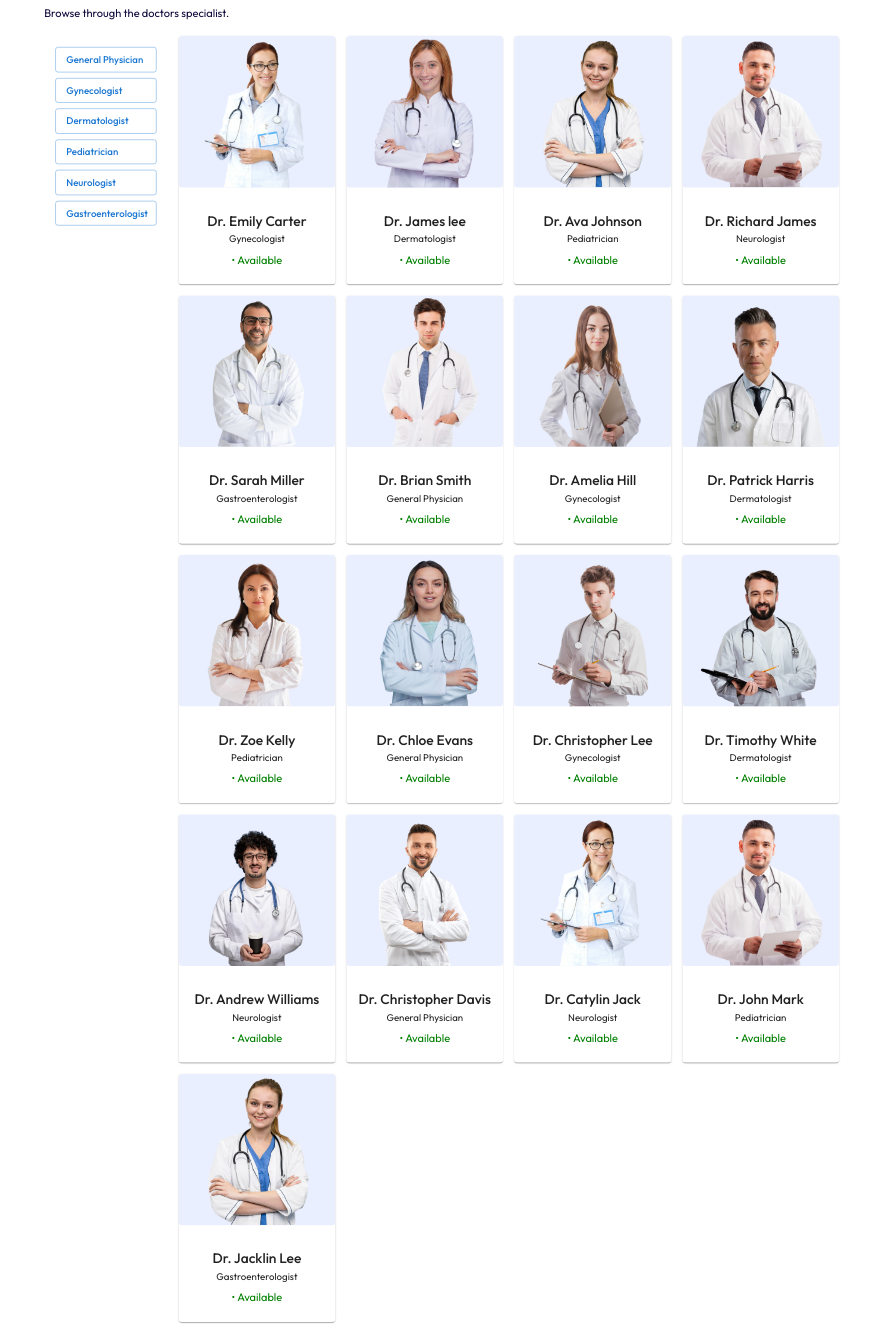
Repository: Ali-Dmerdash/DEPI_GRAD
Page: /
An editor plug-in stored every save of this project. The page is shown before and after the next save, followed by the edit.
The browser window is 1280 px wide. The pictures show the whole page, at 69% of full size.
The project was rebuilt for these pictures with package versions that can differ from the ones it lists, and the page was loaded fresh each time. Also part of the build but not shown: vite.config.ts.

Above is the page before, as saved 2024-10-05 22:30:48.

### src/App.tsx
import "./App.css";
import "react-router-dom";
import { library } from "@fortawesome/fontawesome-svg-core";
import { fab } from "@fortawesome/free-brands-svg-icons";
import { fas } from "@fortawesome/free-solid-svg-icons";
import { far } from "@fortawesome/free-regular-svg-icons";
import Doctors from "./pages/doctors/index.tsx";

function App() {
  return (
    <>
      <Doctors />
    </>
  );
}

export default App;
library.add(fab, fas, far);

### src/index.css
@import url("https://fonts.googleapis.com/css2?family=Outfit:wght@100..900&display=swap");

body {
  font-family: "Outfit", sans-serif;
  color: var(--text-color);
}

:root {
  --primary-color: #07456f;
  --secondary-color: #009f9d;
  --text-color: #0f0a3c;
  --card-button-color: #ace6f6;
  --border-color: #adadad;
}

### src/App.css
@import "./App.css";

body {
  color: var(--text-color);
}

### src/pages/doctors/index.tsx
import React, { useState } from "react";
import {
  Container,
  Grid,
  Card,
  CardContent,
  Typography,
  Box,
  CardMedia,
  Button,
} from "@mui/material";

interface Doctor {
  id: number;
  name: string;
  specialization: string;
  image: string;
  available?: boolean;
}

const doctors: Doctor[] = [
  {
    id: 1,
    name: "Dr. Emily Carter",
    specialization: "Gynecologist",
    image: "/src/pages/doctors/DEPI-React/file (2) 1.png",
    available: true,
  },
  {
    id: 2,
    name: "Dr. James lee",
    specialization: "Dermatologist",
    image: "/src/pages/doctors/DEPI-React/file (2) 2.png",
    available: true,
  },
  {
    id: 3,
    name: "Dr. Ava Johnson",
    specialization: "Pediatrician",
    image: "/src/pages/doctors/DEPI-React/file (2) 3.png",
    available: true,
  },
  {
    id: 4,
    name: "Dr. Richard James",
    specialization: "Neurologist",
    image: "/src/pages/doctors/DEPI-React/file (3) 1.png",
    available: true,
  },
  {
    id: 5,
    name: "Dr. Sarah Miller",
    specialization: "Gastroenterologist",
    image: "/src/pages/doctors/DEPI-React/file (3) 2.png",
    available: true,
  },
  {
    id: 6,
    name: "Dr. Brian Smith",
    specialization: "General Physician",
    image: "/src/pages/doctors/DEPI-React/file (3) 3.png",
    available: true,
  },
  {
    id: 7,
    name: "Dr. Amelia Hill",
    specialization: "Gynecologist",
    image: "/src/pages/doctors/DEPI-React/file (4) 1.png",
    available: true,
  },
  {
    id: 8,
    name: "Dr. Patrick Harris",
    specialization: "Dermatologist",
    image: "/src/pages/doctors/DEPI-React/file (4) 2.png",
    available: true,
  },
  {
    id: 9,
    name: "Dr. Zoe Kelly",
    specialization: "Pediatrician",
    image: "/src/pages/doctors/DEPI-React/file (4) 3.png",
    available: true,
  },
  {
    id: 10,
    name: "Dr. Chloe Evans",
    specialization: "General Physician",
    image: "/src/pages/doctors/DEPI-React/file (4) 4.png",
    available: true,
  },
  {
    id: 11,
    name: "Dr. Christopher Lee",
    specialization: "Gynecologist",
    image: "/src/pages/doctors/DEPI-React/file (5) 1.png",
    available: true,
  },
  {
    id: 12,
    name: "Dr. Timothy White",
    specialization: "Dermatologist",
    image: "/src/pages/doctors/DEPI-React/file (5) 2.png",
    available: true,
  },
  {
    id: 13,
    name: "Dr. Andrew Williams",
    specialization: "Neurologist",
    image: "/src/pages/doctors/DEPI-React/file (5) 3.png",
    available: true,
  },
  {
    id: 14,
    name: "Dr. Christopher Davis",
    specialization: "General Physician",
    image: "/src/pages/doctors/DEPI-React/file (5) 4.png",
    available: true,
  },
  {
    id: 15,
    name: "Dr. Catylin Jack",
    specialization: "Neurologist",
    image: "/src/pages/doctors/DEPI-React/file (2) 1.png",
    available: true,
  },
  {
    id: 16,
    name: "Dr. John Mark",
    specialization: "Pediatrician",
    image: "/src/pages/doctors/DEPI-React/file (3) 1.png",
    available: true,
  },
  {
    id: 17,
    name: "Dr. Jacklin Lee",
    specialization: "Gastroenterologist",
    image: "/src/pages/doctors/DEPI-React/file (2) 3.png",
    available: true,
  },
];

const specializations = [
  "General Physician",
  "Gynecologist",
  "Dermatologist",
  "Pediatrician",
  "Neurologist",
  "Gastroenterologist",
];

const Doctors: React.FC = () => {
  const [selectedSpecialization, setSelectedSpecialization] = useState<
    string | null
  >(null);

  const handleSpecializationClick = (specialization: string) => {
    setSelectedSpecialization(
      selectedSpecialization === specialization ? null : specialization
    );
  };

  const filteredDoctors = selectedSpecialization
    ? doctors.filter(
        (doctor) => doctor.specialization === selectedSpecialization
      )
    : doctors;

  return (
    <Container maxWidth="lg">
      <Grid item xs={12} md={12} mb={3}>
        Browse through the doctors specialist.
      </Grid>
      <Grid container spacing={2}>
        <Grid item xs={12} md={2}>
          <Box
            sx={{
              padding: 2,
              marginBottom: 2,
            }}
          >
            {specializations.map((specialization) => (
              <Button
                key={specialization}
                onClick={() => handleSpecializationClick(specialization)}
                variant={
                  selectedSpecialization === specialization
                    ? "contained"
                    : "outlined"
                }
                fullWidth
                sx={{
                  marginBottom: 1,
                  justifyContent: "flex-start",
                  textTransform: "none",
                }}
              >
                {specialization}
              </Button>
            ))}
          </Box>
        </Grid>

        <Grid item xs={12} md={10}>
          <Grid container spacing={2}>
            {filteredDoctors.map((doctor) => (
              <Grid item xs={12} md={3} key={doctor.id}>
                <Card
                  sx={{
                    transition: "transform 0.2s",
                    "&:hover": {
                      transform: "scale(1.05)",
                      boxShadow: "0 4px 20px rgba(0,0,0,0.3)",
                    },
                  }}
                >
                  <CardMedia
                    component="img"
                    image={doctor.image}
                    alt={doctor.name}
                    sx={{
                      width: "100%",
                      height: "220px",
                      objectFit: "scale-down",
                      borderRadius: "5px",
                      backgroundColor: "#eaefff",
                    }}
                  />
                  <CardContent>
                    <Typography variant="h6" align="center" sx={{ mt: 2 }}>
                      {doctor.name}
                    </Typography>
                    <Typography variant="body2" align="center" sx={{ mb: 1 }}>
                      {doctor.specialization}
                    </Typography>
                    {doctor.available && (
                      <Typography color="green" align="center">
                        &bull; Available
                      </Typography>
                    )}
                  </CardContent>
                </Card>
              </Grid>
            ))}
          </Grid>
        </Grid>
      </Grid>
    </Container>
  );
};

export default Doctors;

Loaded but not shown: index.html (common file); src/main.tsx (common file)

After the next save:
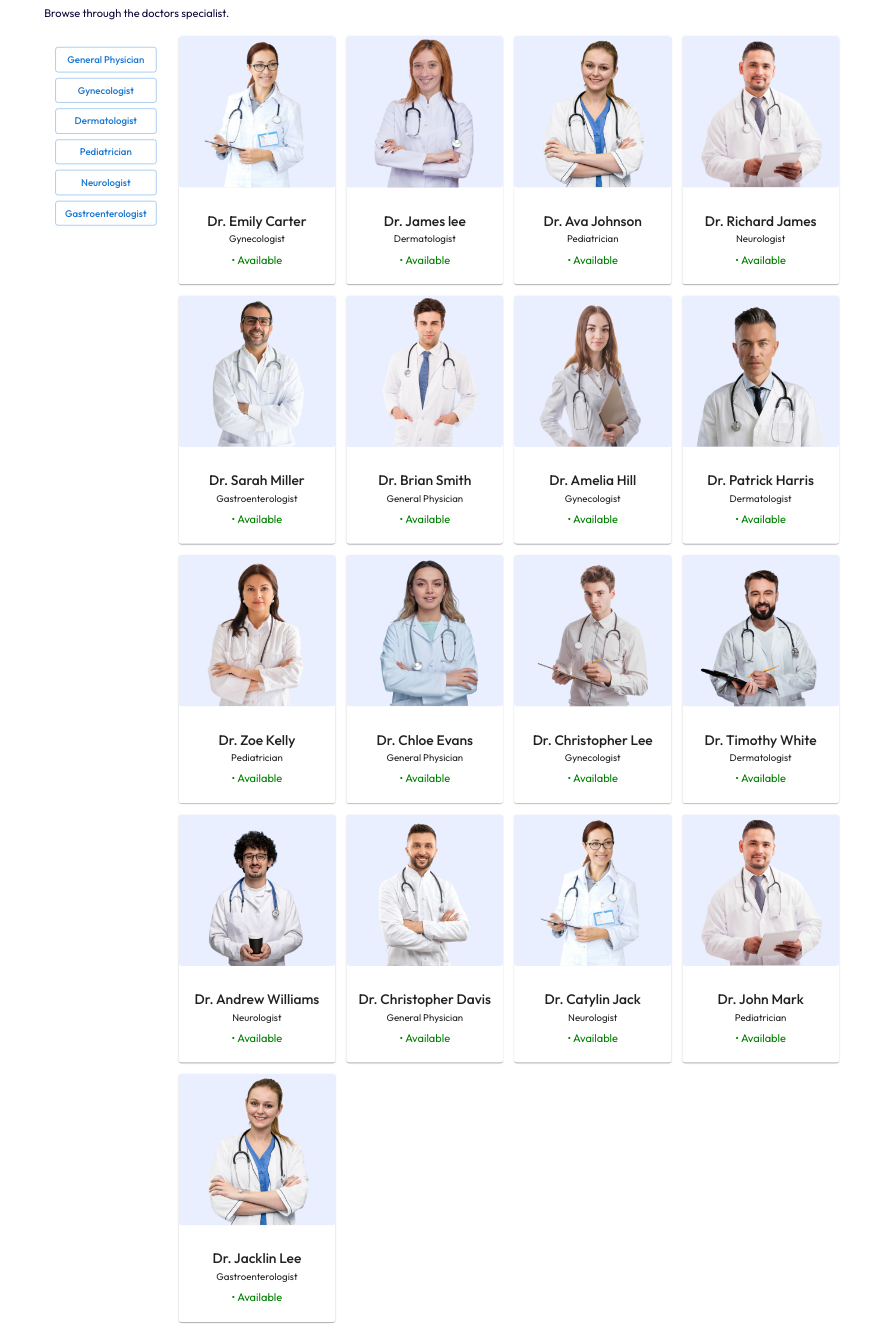
Saved 20 s later.
--- a/src/pages/doctors/index.tsx
+++ b/src/pages/doctors/index.tsx
@@ -191,7 +191,7 @@
                 fullWidth
                 sx={{
                   marginBottom: 1,
-                  justifyContent: "flex-start",
+                  // justifyContent: "flex-start",
                   textTransform: "none",
                 }}
               >
